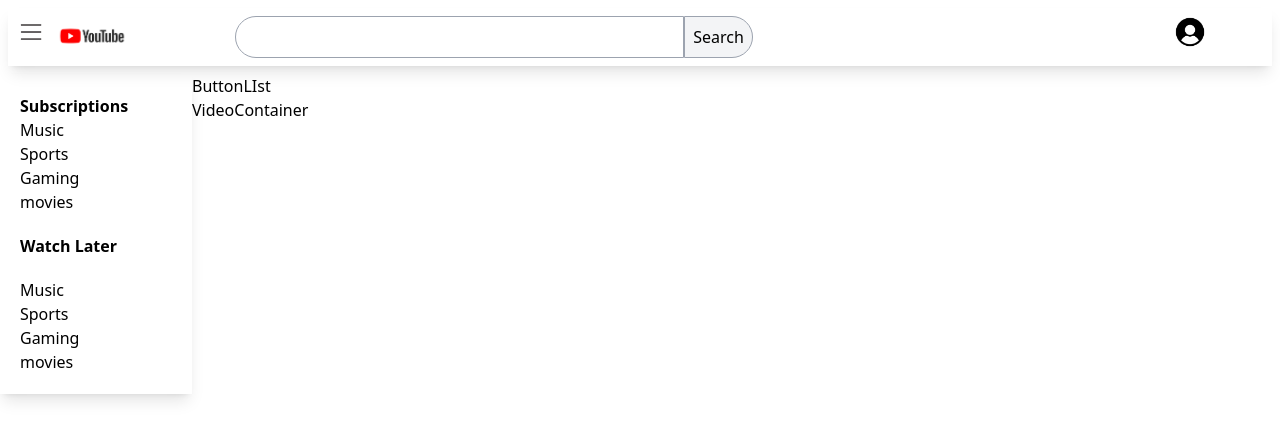
Repository: AmolPawar7181/namaste-youtube
Page: /watch
The author's editor kept a copy of each file at every save. The page is drawn from the files as they stood at one save, then again after the next save.
The browser window is 1280 px wide. The pictures show the whole page.
The project was rebuilt for these pictures with package versions that can differ from the ones it lists, and the page was loaded fresh each time. Also part of the build but not shown: vite.config.ts.

Above is the page before, as saved 2023-03-19 12:23:29.

After the next save:
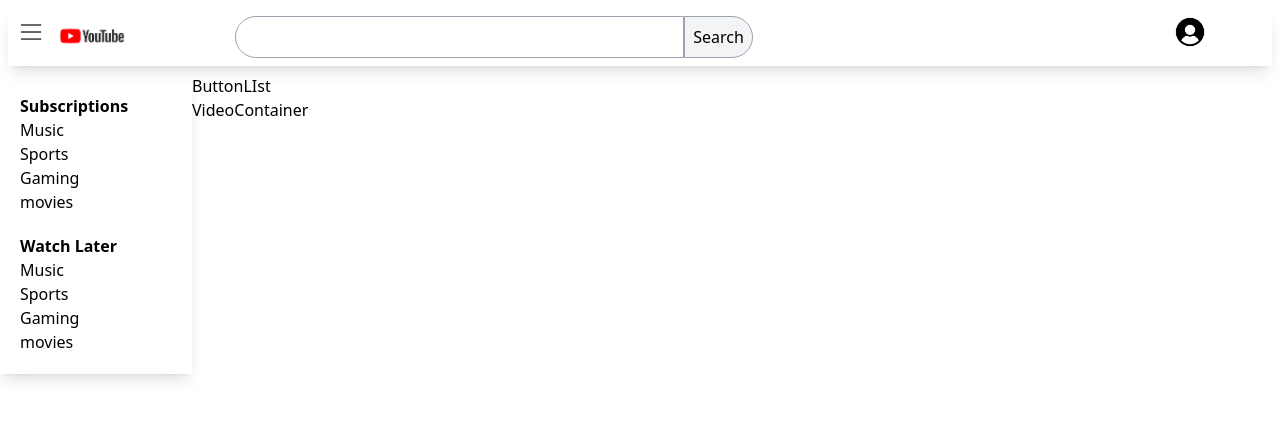
Saved 10 s later.
--- a/src/components/SideBar.tsx
+++ b/src/components/SideBar.tsx
@@ -10,7 +10,7 @@
 				<li>Gaming</li>
 				<li>movies</li>
 			</ul>
-			<h1 className='font-bold py-5'>Watch Later</h1>
+			<h1 className='font-bold pt-5'>Watch Later</h1>
 			<ul>
 				<li>Music</li>
 				<li>Sports</li>
